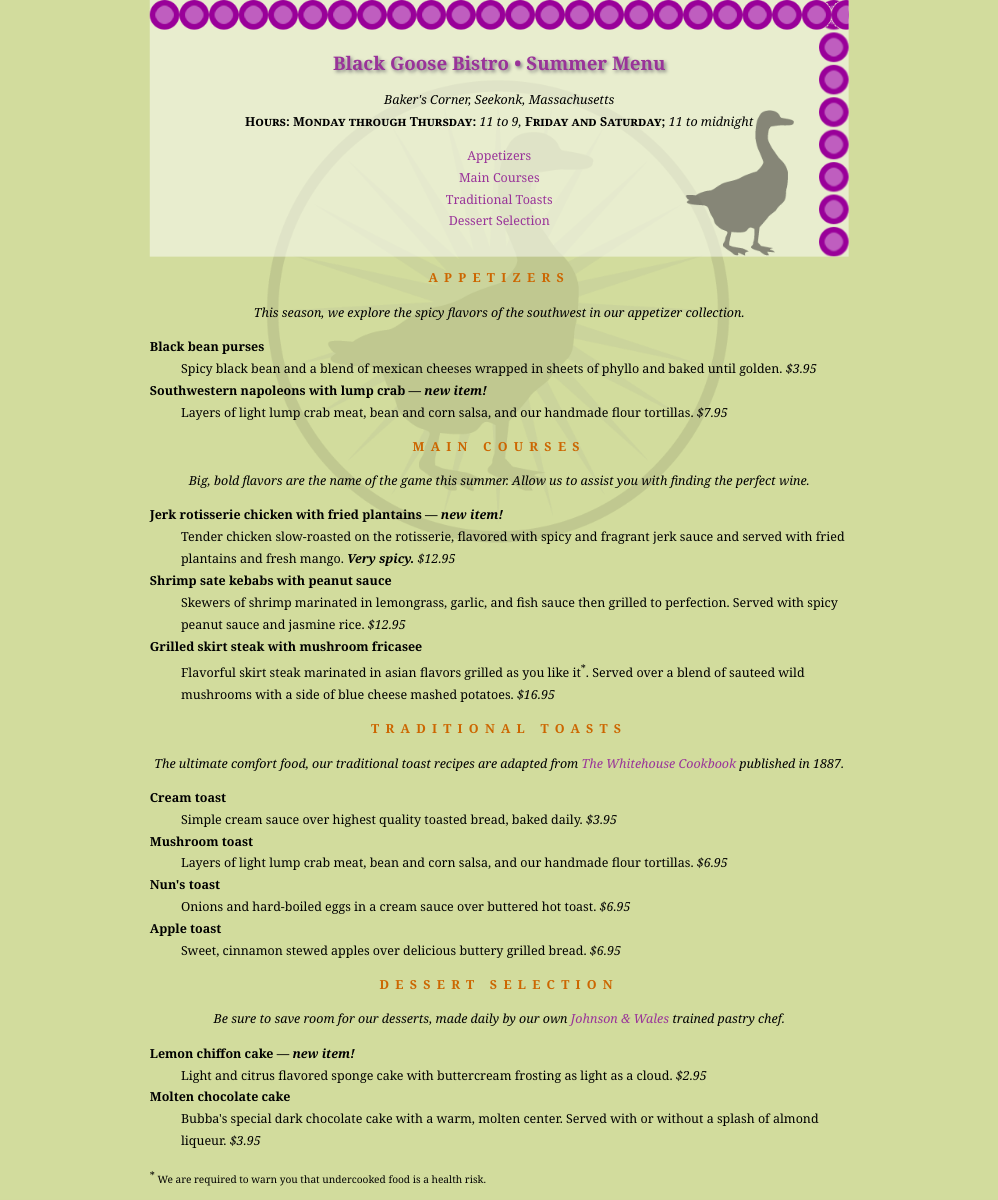
Repository: Colo-Codes/code-practice
Page: 02-css-practice-3.html
These files come from the project's save history. The page is drawn as it stood at one moment and after the next save; the edit follows.
The browser window is 1280 px wide. The pictures show the whole page, at 78% of full size.
Backgrounds fixed to the window are drawn as part of the page. Some web fonts or font styles are not loaded; a fallback is used.

Above is the page before, as saved 2021-05-06 14:54:09.

### 02-css-practice-3.html
<!DOCTYPE html >
<html>

<head>
<meta charset="utf-8">
<title>Black Goose Bistro Summer Menu</title>
<link href='http://fonts.googleapis.com/css?family=Marko+One' rel='stylesheet' type='text/css'>
<style>
body {
  font-family: Georgia, serif;
  font-size: 100%;
  line-height: 175%;
  margin: 0 15% 0;
  /* background-color: #d2dc9d; */
  /* background-image: url(./assets/img/bullseye.png);
  background-position: center 200px; */
  /* background-image: url(./assets/img/blackgoose.png);
  background-repeat: no-repeat;
  background-position: center 100px;
  background-attachment: fixed; */
  background: url(./assets/img/blackgoose.png) no-repeat center 100px fixed #d2dc9d;
}
header {
  margin-top: 0;
  padding: 3em 1em 2em 1em;
  text-align: center;
  /* background-color: rgba(255, 255, 255, .5);
  background-image: url(./assets/img/purpledot.png);
  background-repeat: space no-repeat;
  background-position: center top; */
  /* background: url(./assets/img/purpledot.png) space no-repeat center top rgba(255, 255, 255, .5); */
  background:
    url(./assets/img/purpledot.png) left top repeat-x,
    url(./assets/img/purpledot.png) no-repeat space right top,
    url(./assets/img/goose_shadow.png) no-repeat bottom right 4em;
  background-color: rgba(255, 255, 255, .5);
}

/* For link, the order is important */
a {
  text-decoration: none;
  color: #939;
}
a:visited {
  color: #937393;
}
a:focus {
  color: #c700f2;
  background-color: #fff;
}
a:hover {
  color: #c700f2;
  background-color: #fff;
}
a:active {
  color: #f0f;
  background-color: rgba(255, 255, 255, .5);
}


h1 {
  font: bold 1.5em Georgia, serif;
  text-shadow: .1em .1em .2em gray;
  color: #939;
}
h2 {
  font-size: 1em;
  text-transform: uppercase;
  letter-spacing: .5em;
  text-align: center;
  color: #c60;
}
dt {
  font-weight: bold;
}
strong {
  font-style: italic;
}
ul {
	list-style-type: none;
	margin: 0;
	padding: 0;
}
#info p {
  font-style: italic;
}
.price {
  font-family: Georgia, serif;
  font-style: italic;
}
p.warning, sup {
  font-size: small;
}
.label {
  font-weight: bold;
  font-variant: small-caps;
  font-style: normal;
}

h2 + p {
  text-align: center;
  font-style: italic;
}


</style>
</head>

<body>

<header>
<h1>Black Goose Bistro &bull; Summer Menu</h1>

<div id="info">
<p>Baker's Corner, Seekonk, Massachusetts<br>
<span class="label">Hours: Monday through Thursday:</span> 11 to 9, <span class="label">Friday and Saturday;</span> 11 to midnight</p>
<ul>
<li><a href="#appetizers">Appetizers</a></li>
<li><a href="#entrees">Main Courses</a></li>
<li><a href="#toast">Traditional Toasts</a></li>
<li><a href="#dessert">Dessert Selection</a></li>
</ul>
</div>
</header>

<section id="appetizers">
<h2>Appetizers</h2>
<p>This season, we explore the spicy flavors of the southwest in our appetizer collection.</p>

<dl>
<dt>Black bean purses</dt>
<dd>Spicy black bean and a blend of mexican cheeses wrapped in sheets of phyllo and baked until golden. <span class="price">$3.95</span></dd>

<dt class="newitem">Southwestern napoleons with lump crab &mdash; <strong>new item!</strong></dt>
<dd>Layers of light lump crab meat, bean and corn salsa, and our handmade flour tortillas. <span class="price">$7.95</span></dd>
</dl>
</section>

<section id="entrees">

<h2>Main courses</h2>
<p>Big, bold flavors are the name of the game this summer. Allow us to assist you with finding the perfect wine.</p>


<dl>

<dt class="newitem">Jerk rotisserie chicken with fried plantains &mdash; <strong>new item!</strong></dt>
<dd>Tender chicken slow-roasted on the rotisserie, flavored with spicy and fragrant jerk sauce and served with fried plantains and fresh mango. <strong>Very spicy.</strong> <span class="price">$12.95</span></dd>

<dt>Shrimp sate kebabs with peanut sauce</dt>
<dd>Skewers of shrimp marinated in lemongrass, garlic, and fish sauce then grilled to perfection. Served with spicy peanut sauce and jasmine rice. <span class="price">$12.95</span></dd>

<dt>Grilled skirt steak with mushroom fricasee</dt>
<dd>Flavorful skirt steak marinated in asian flavors grilled as you like it<sup>*</sup>. Served over a blend of sauteed wild mushrooms with a side of blue cheese mashed potatoes. <span class="price">$16.95</span></dd>
</dl>

</section>

<section id="toast">
<h2>Traditional Toasts</h2>
<p>The ultimate comfort food, our traditional toast recipes are adapted from <a href="http://www.gutenberg.org/files/13923/13923-h/13923-h.htm"><cite>The Whitehouse Cookbook</cite></a> published in 1887.</p>

<dl>
<dt>Cream toast</dt>
<dd>Simple cream sauce over highest quality toasted bread, baked daily. <span class="price">$3.95</span></dd>

<dt>Mushroom toast</dt>
<dd>Layers of light lump crab meat, bean and corn salsa, and our handmade flour tortillas. <span class="price">$6.95</span></dd>

<dt>Nun's toast</dt>
<dd>Onions and hard-boiled eggs in a cream sauce over buttered hot toast. <span class="price">$6.95</span></dd>

<dt>Apple toast</dt>
<dd>Sweet, cinnamon stewed apples over delicious buttery grilled bread. <span class="price">$6.95</span></dd>
</dl>
</section>

<section id="dessert">
<h2>Dessert Selection</h2>
<p>Be sure to save room for our desserts, made daily by our own <a href="http://www.jwu.edu/college.aspx?id=19510">Johnson & Wales</a> trained pastry chef.</p>

<dl>
<dt class="newitem">Lemon chiffon cake &mdash; <strong>new item!</strong></dt>
<dd>Light and citrus flavored sponge cake with buttercream frosting as light as a cloud. <span class="price">$2.95</span></dd>

<dt class="newitem">Molten chocolate cake</dt>
<dd>Bubba's special dark chocolate cake with a warm, molten center. Served with or without a splash of almond liqueur. <span class="price">$3.95</span></dd>
</dl>
</section>

<footer>
<p class="warning"><sup>*</sup> We are required to warn you that undercooked food is a health risk.</p>
</footer>

</body>
</html>

After the next save:
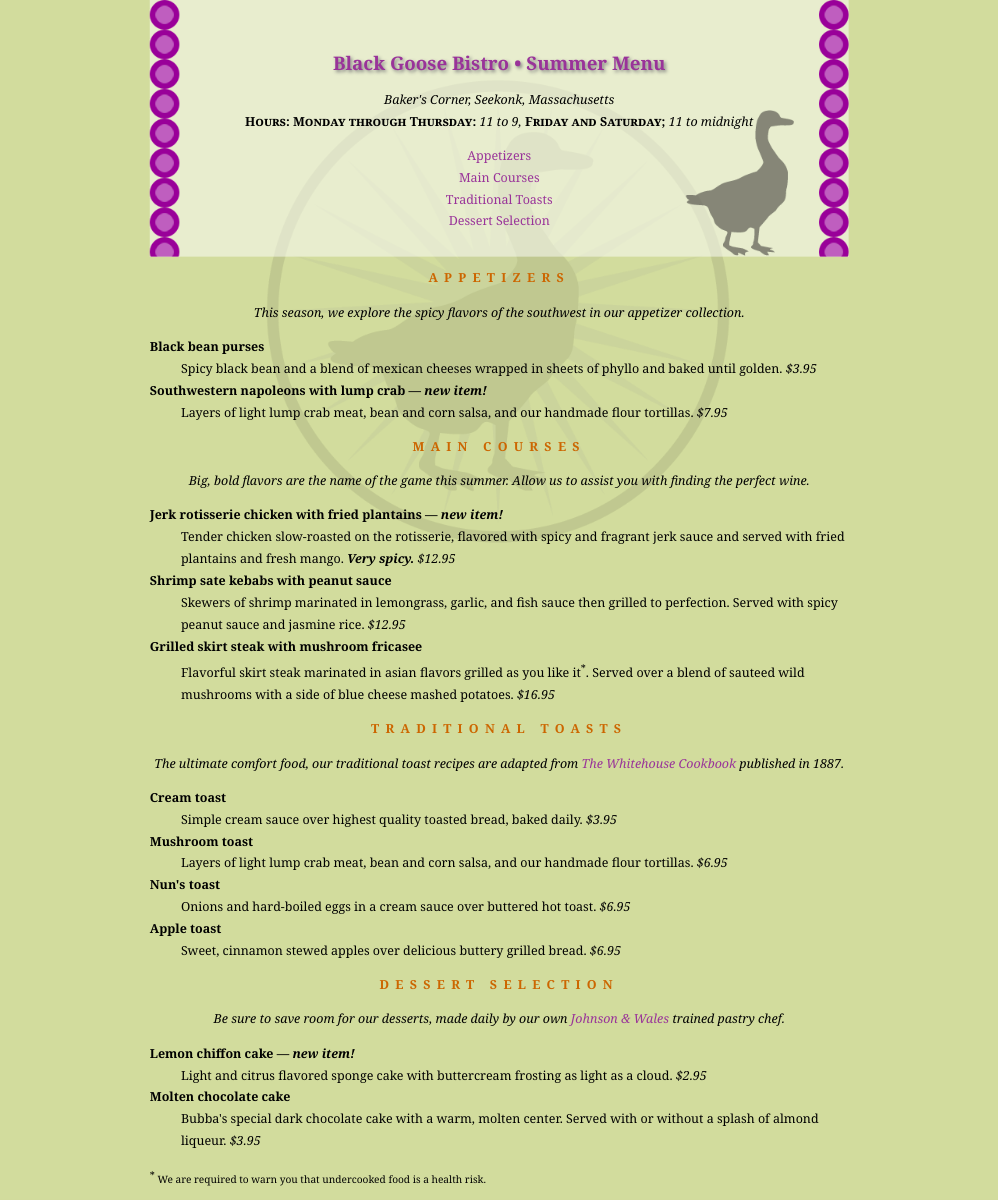
Saved 20 s later.
--- a/02-css-practice-3.html
+++ b/02-css-practice-3.html
@@ -30,8 +30,8 @@ header {
   background-position: center top; */
   /* background: url(./assets/img/purpledot.png) space no-repeat center top rgba(255, 255, 255, .5); */
   background:
-    url(./assets/img/purpledot.png) left top repeat-x,
-    url(./assets/img/purpledot.png) no-repeat space right top,
+    url(./assets/img/purpledot.png) left top repeat-y,
+    url(./assets/img/purpledot.png) right top repeat-y,
     url(./assets/img/goose_shadow.png) no-repeat bottom right 4em;
   background-color: rgba(255, 255, 255, .5);
 }
